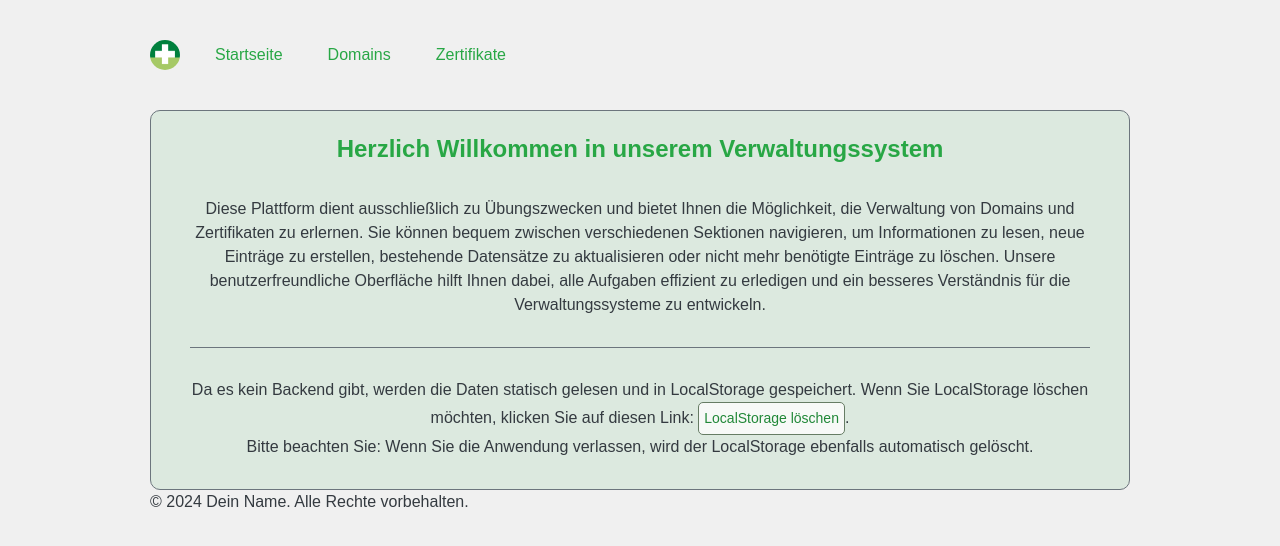
Repository: bajricadmir/verwaltungssystem-vanilla-html-css
Page: index.html
The author's editor kept a copy of each file at every save. The page is drawn from the files as they stood at one save, then again after the next save.
The browser window is 1280 px wide. The pictures show the whole page.

Above is the page before, as saved 2024-10-14 12:32:58.

### index.html
<!DOCTYPE html>
<html lang="en">
  <head>
    <meta charset="UTF-8" />
    <meta name="viewport" content="width=device-width, initial-scale=1.0" />
    <link
      rel="shortcut icon"
      href="./assets/images/favicon.ico"
      type="image/x-icon"
    />
    <link rel="stylesheet" href="style.css" />
    <title>Verwaltungssystem</title>
  </head>
  <body>
    <header class="header">
      <nav class="navigation">
        <img src="./assets/images/favicon.ico" alt="Logo" class="logo" />

        <ul class="nav-list">
          <li class="nav-item">
            <a class="nav-link" href="#home">Startseite</a>
          </li>
          <li class="nav-item">
            <a class="nav-link" href="#about">Domains</a>
          </li>
          <li class="nav-item">
            <a class="nav-link" href="#contact">Zertifikate</a>
          </li>
        </ul>
      </nav>
    </header>

    <main class="main-content">
      <section class="content-section">
        <h1 class="alert-heading">
          Herzlich Willkommen in unserem Verwaltungssystem
        </h1>
        <p class="content-paragraph">
          Diese Plattform dient ausschließlich zu Übungszwecken und bietet Ihnen
          die Möglichkeit, die Verwaltung von Domains und Zertifikaten zu
          erlernen. Sie können bequem zwischen verschiedenen Sektionen
          navigieren, um Informationen zu lesen, neue Einträge zu erstellen,
          bestehende Datensätze zu aktualisieren oder nicht mehr benötigte
          Einträge zu löschen. Unsere benutzerfreundliche Oberfläche hilft Ihnen
          dabei, alle Aufgaben effizient zu erledigen und ein besseres
          Verständnis für die Verwaltungssysteme zu entwickeln.
        </p>
      </section>

      <div class="divider"></div>

      <section class="content-section">
        <p class="content-paragraph">
          Da es kein Backend gibt, werden die Daten statisch gelesen und in
          LocalStorage gespeichert. Wenn Sie LocalStorage löschen möchten,
          klicken Sie auf diesen Link:
          <button type="button" class="btn">LocalStorage löschen</button>.<br />
          Bitte beachten Sie: Wenn Sie die Anwendung verlassen, wird der
          LocalStorage ebenfalls automatisch gelöscht.
        </p>
      </section>
    </main>

    <footer>
      <p>&copy; 2024 Dein Name. Alle Rechte vorbehalten.</p>
    </footer>
  </body>
</html>

### style.css
:root {
  --primary-color: #007bff;
  --secondary-color: #6c757d;
  --success-color: #28a745;
  --success-color-hover: #218838;
  --success-color-bgc: #d4edda;
  --danger-color: #dc3545;
  --warning-color: #ffc107;
  --info-color: #17a2b8;
  --light-color: #f8f9fa;
  --dark-color: #343a40;

  --font-size-base: 16px;
  --font-family-base: "Arial", sans-serif;
  --background-color: #f0f0f0;
}

* {
  margin: 0;
  padding: 0;
  box-sizing: border-box;
}

html,
body {
  height: 100%;
  font-family: var(--font-family-base);
  line-height: 1.5;
}

body {
  padding: 40px 150px;
  background-color: var(--background-color);
  color: var(--dark-color);
}

ul {
  list-style: none;
}

a {
  text-decoration: none;
  color: inherit;
}

button {
  background: none;
  border: none;
  padding: 0;
  font: inherit;
  color: inherit;
  text-align: inherit;
  cursor: pointer;
  outline: none;
  transition: background-color 0.3s, color 0.3s;
}

table {
  border-collapse: collapse;
  width: 100%;
}

.navigation {
  display: flex;
  align-items: center;
}

.logo {
  width: 30px;
  height: 30px;
  border-radius: 50%;
  margin-right: 20px;
}

.nav-list {
  display: flex;
  align-items: center;
}

.nav-item {
  margin-right: 15px;
}

.nav-item:last-child {
  margin-right: 0;
}

.nav-item a {
  color: var(--success-color);
  transition: color 0.3s ease;
  padding: 10px 15px;
  border-radius: 5px;
}

.nav-item a:hover {
  color: var(--success-color-hover);
  background-color: rgba(40, 167, 69, 0.1);
}

.main-content {
  display: flex;
  flex-direction: column;
  align-items: center;
  margin-top: 40px;
  background-color: rgba(40, 167, 69, 0.1);
  padding: 20px 15px;
  border: 0.1px solid var(--secondary-color);
  border-radius: 10px;
}

.content-section {
  text-align: center;
}

.alert-heading {
  color: var(--success-color);
  padding-bottom: 20px;
}

.content-paragraph {
  padding: 10px;
}

.divider {
  width: 95%;
  height: 1px;
  background-color: var(--secondary-color);
  margin: 20px 0;
}

.btn {
  font-size: 14px;
  border: 0.1px solid #667c64;
  padding: 5px;
  background-color: #f7f9f7;
  color: var(--success-color-hover);
  border-radius: 5px;
}

After the next save:
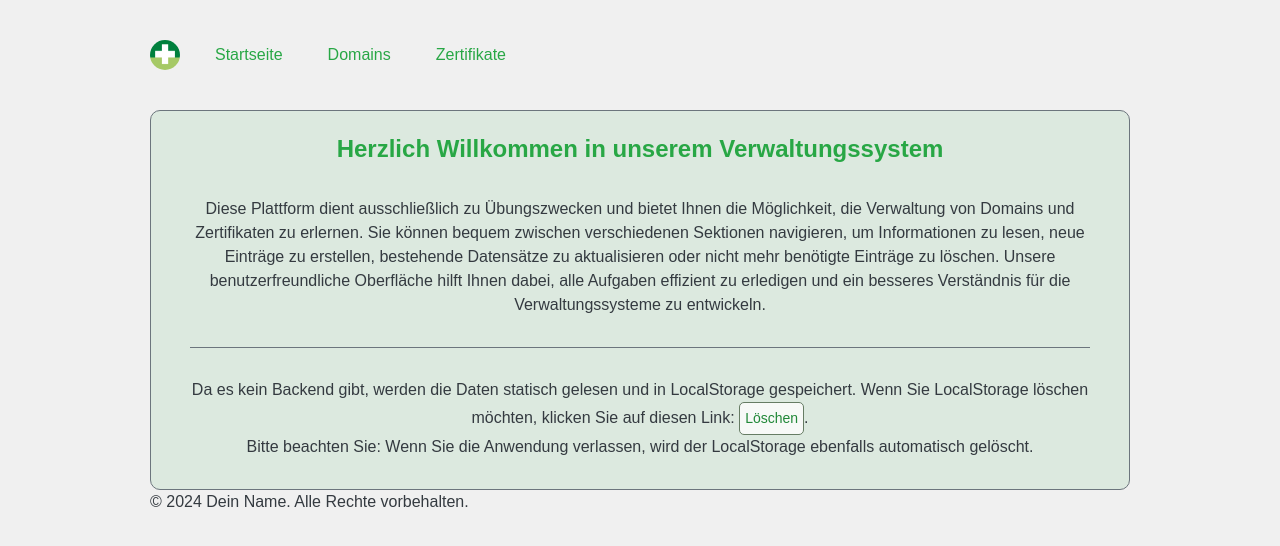
Saved 14 s later.
--- a/index.html
+++ b/index.html
@@ -54,7 +54,7 @@
           Da es kein Backend gibt, werden die Daten statisch gelesen und in
           LocalStorage gespeichert. Wenn Sie LocalStorage löschen möchten,
           klicken Sie auf diesen Link:
-          <button type="button" class="btn">LocalStorage löschen</button>.<br />
+          <button type="button" class="btn">Löschen</button>.<br />
           Bitte beachten Sie: Wenn Sie die Anwendung verlassen, wird der
           LocalStorage ebenfalls automatisch gelöscht.
         </p>
